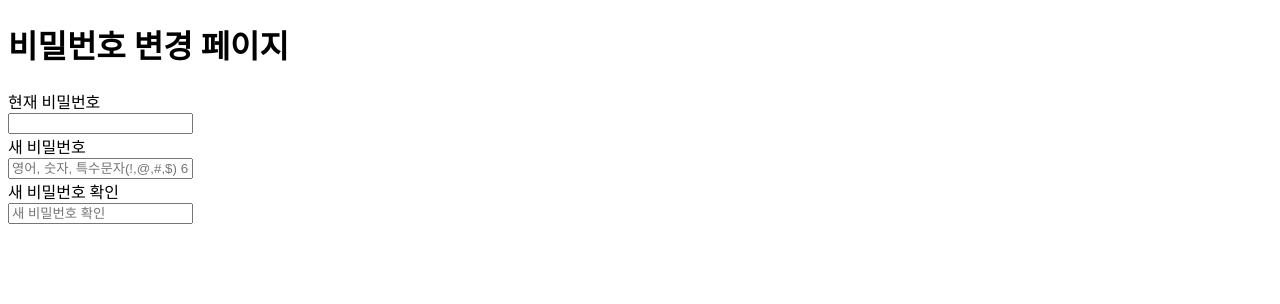
Repository: Godzilla-Man/codingStudy
Page: http://localhost/server_06_notice/member/pwChgFrm
These files come from the project's save history. The page is drawn as it stood at one moment and after the next save; the edit follows.
The browser window is 1280 px wide. The pictures show the whole page.
The page is served by Tomcat 9.

Above is the page before, as saved 2025-05-07 02:41:29.

After the next save:
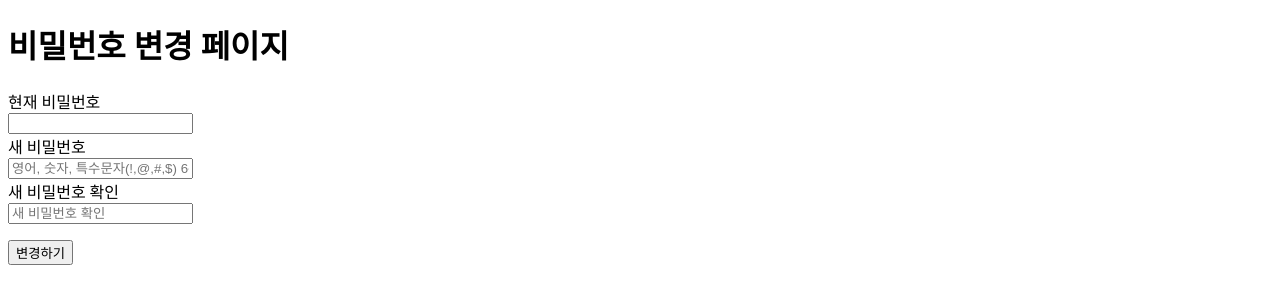
Saved 4 min 3 s later.
--- a/server_06_notice/src/main/webapp/WEB-INF/views/member/pwChg.jsp
+++ b/server_06_notice/src/main/webapp/WEB-INF/views/member/pwChg.jsp
@@ -20,6 +20,7 @@
 								<label for="memberPw">현재 비밀번호</label>
 							</div>
 							<div class="input-item">
+								<%-- 서블릿에서 세션에 등록된 회원의 비밀번호와 일치하는지 검증하기 위해, name 속성 작성하여 서버로 전송 --%>
 								<input type="password" id="memberPw" name="memberPw">
 							</div>
 						</div>
@@ -40,6 +41,11 @@
 							<div class="input-item">
 								<input type="password" id="newMemberPwRe" name="newMemberPwRe" placeholder="새 비밀번호 확인">
 							</div>
+							<p id="pwMessage" class="input-msg"></p>
+						</div>
+
+						<div class="pw-btn">
+							<button type="button" onclick="pwChg()" class="btn=primary lg">변경하기</button>
 						</div>
 
 					</form>
